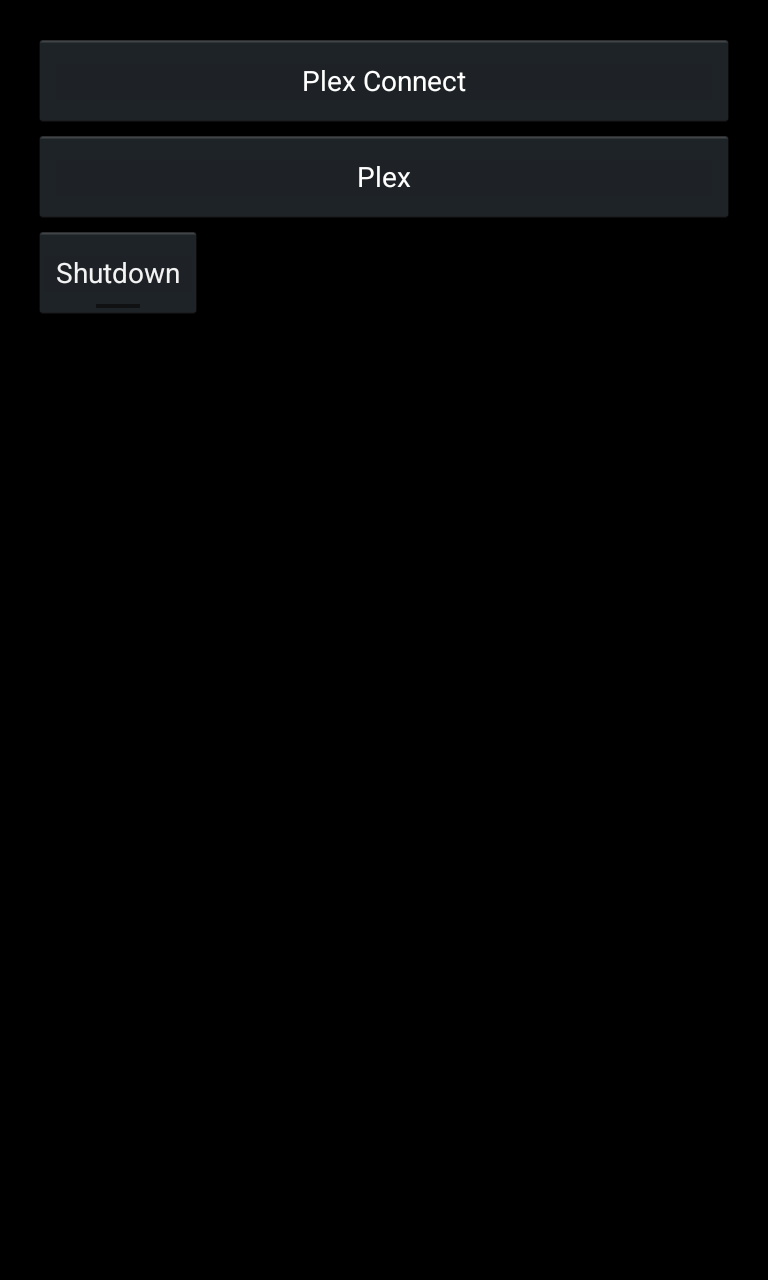
Repository: juanlurie/Android
Layout: HomeCommander/res/layout/pcfragment.xml
An editor plug-in stored every save of this project. The layout is shown before and after the next save, followed by the edit.
It is drawn on a 768 x 1280 px phone screen (xhdpi) without system bars, with theme AppTheme; the app's code is not run.

Above is the layout before, as saved 2013-08-20 15:57:09.

After the next save:
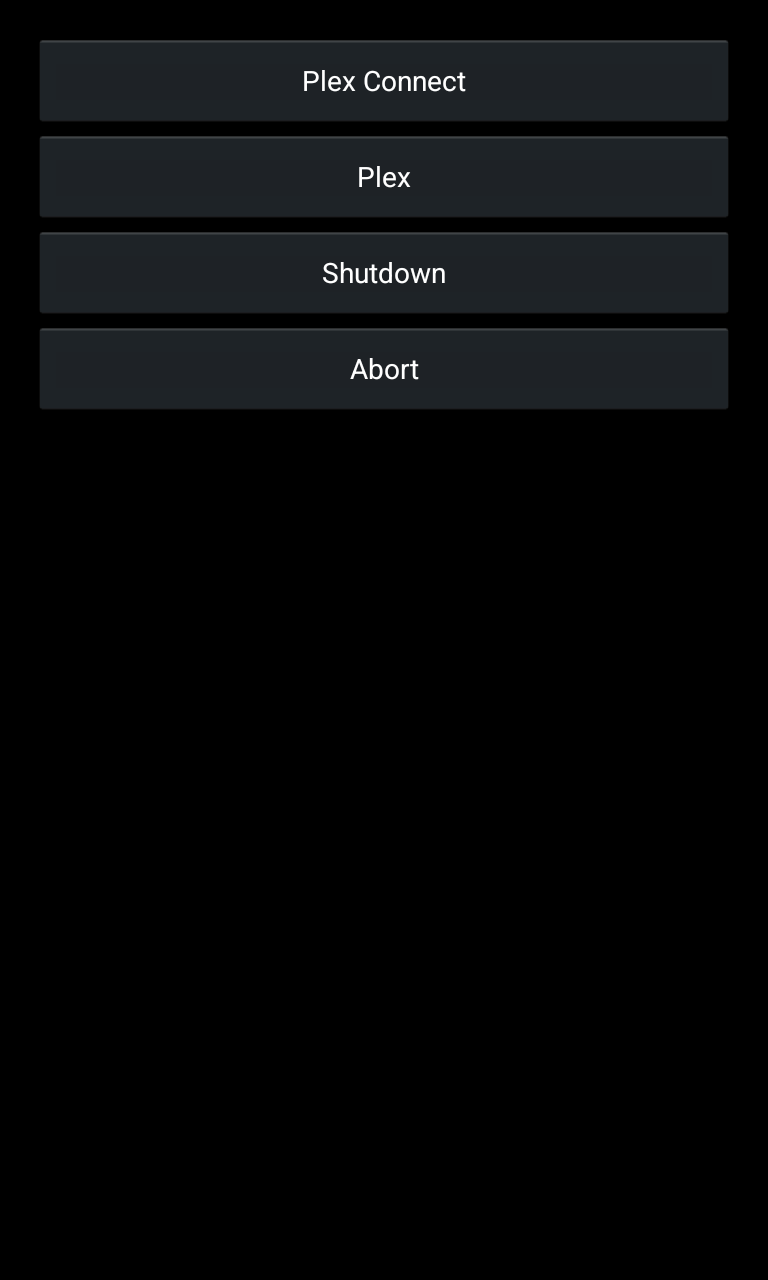
Saved 74 s later.
--- a/HomeCommander/res/layout/pcfragment.xml
+++ b/HomeCommander/res/layout/pcfragment.xml
@@ -26,23 +26,22 @@
         android:text="Plex"
         android:textColor="#FFFFFF" />
 
-    <LinearLayout
+      <Button
+        android:id="@+id/plexButton"
+        style="?android:attr/buttonStyleSmall"
         android:layout_width="match_parent"
-        android:layout_height="wrap_content" >
+        android:layout_height="wrap_content"
+        android:text="Shutdown"
+        android:textColor="#FFFFFF" />
 
-        <ToggleButton
-            android:id="@+id/switch1"
-            android:layout_width="wrap_content"
-            android:layout_height="wrap_content"
-            android:text="Shutdown"
-            android:textOff="Shutdown"
-            android:textOn="Abort" />
+          <Button
+        android:id="@+id/plexButton"
+        style="?android:attr/buttonStyleSmall"
+        android:layout_width="match_parent"
+        android:layout_height="wrap_content"
+        android:text="Abort"
+        android:textColor="#FFFFFF" />
 
-        <TextView
-            android:id="@+id/textView1"
-            android:layout_width="wrap_content"
-            android:layout_height="wrap_content"
-            android:textAppearance="?android:attr/textAppearanceSmall" />
-    </LinearLayout>
+
 
 </LinearLayout>
